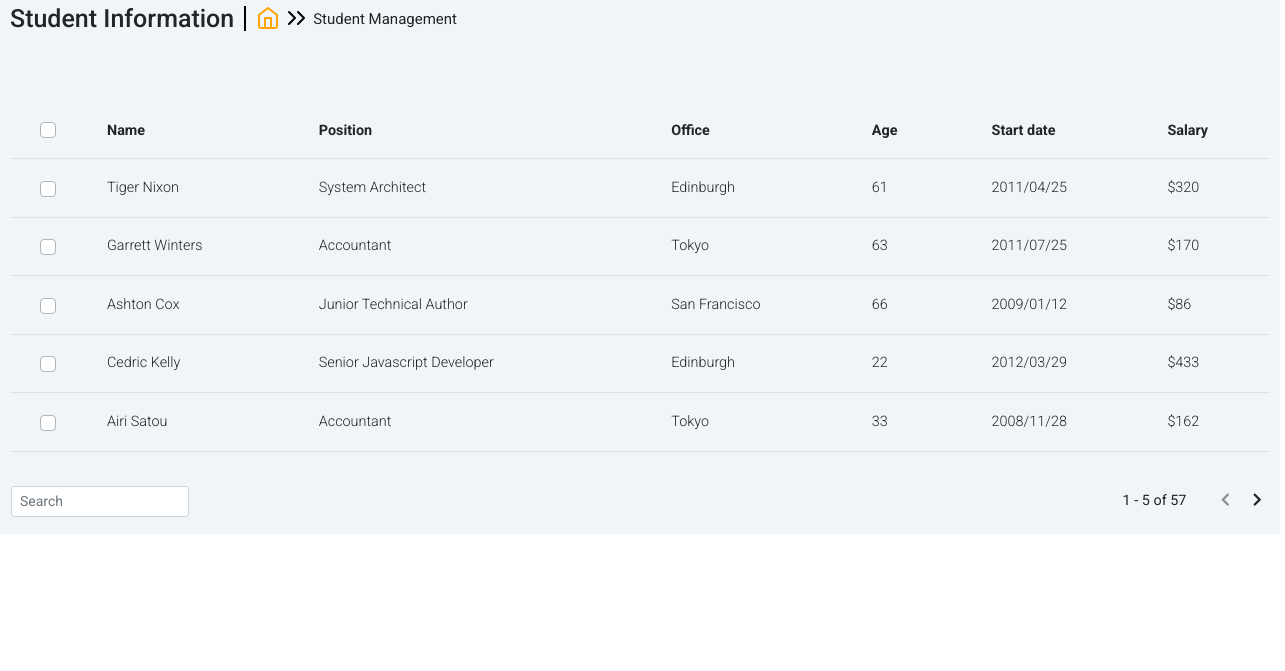
Repository: deepakrajput1998/hestabit_assignment
Page: /
An editor plug-in stored every save of this project. The page is shown before and after the next save, followed by the edit.
The browser window is 1280 px wide. The page is 1285 px wide, so the pictures cover 1285 px, including what lies to the right of the window. The pictures show the whole page.
The project was rebuilt for these pictures with package versions that can differ from the ones it lists, and the page was loaded fresh each time.

Above is the page before, as saved 2021-07-25 02:05:24.

After the next save:
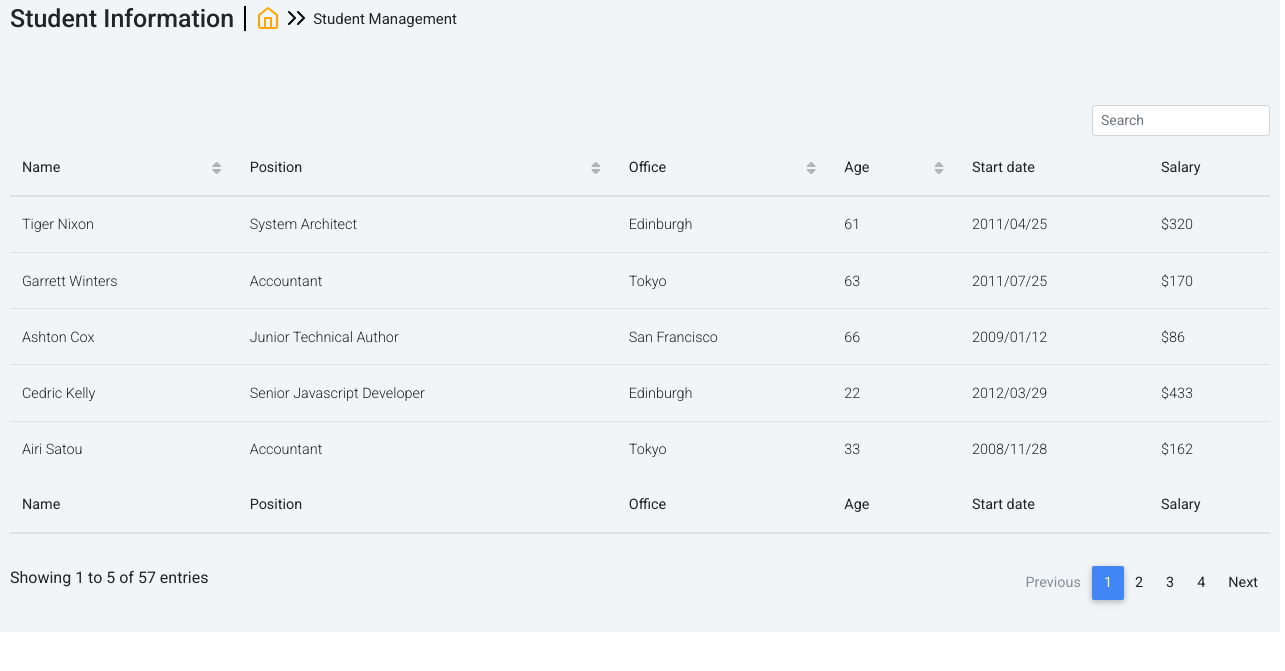
Saved 11 min 46 s later.
--- a/src/Component/Common/DataTable/DataTable.js
+++ b/src/Component/Common/DataTable/DataTable.js
@@ -1,5 +1,5 @@
 import React from "react";
-import { MDBDataTableV5 } from "mdbreact";
+import { MDBDataTable } from "mdbreact";
 
 export default function DataTable() {
   const [datatable, setDatatable] = React.useState({
@@ -509,7 +509,7 @@
 
   return (
     <>
-      <MDBDataTableV5
+      <MDBDataTable
         hover
         entriesOptions={[5, 20, 25]}
         entries={5}

After the save that followed:
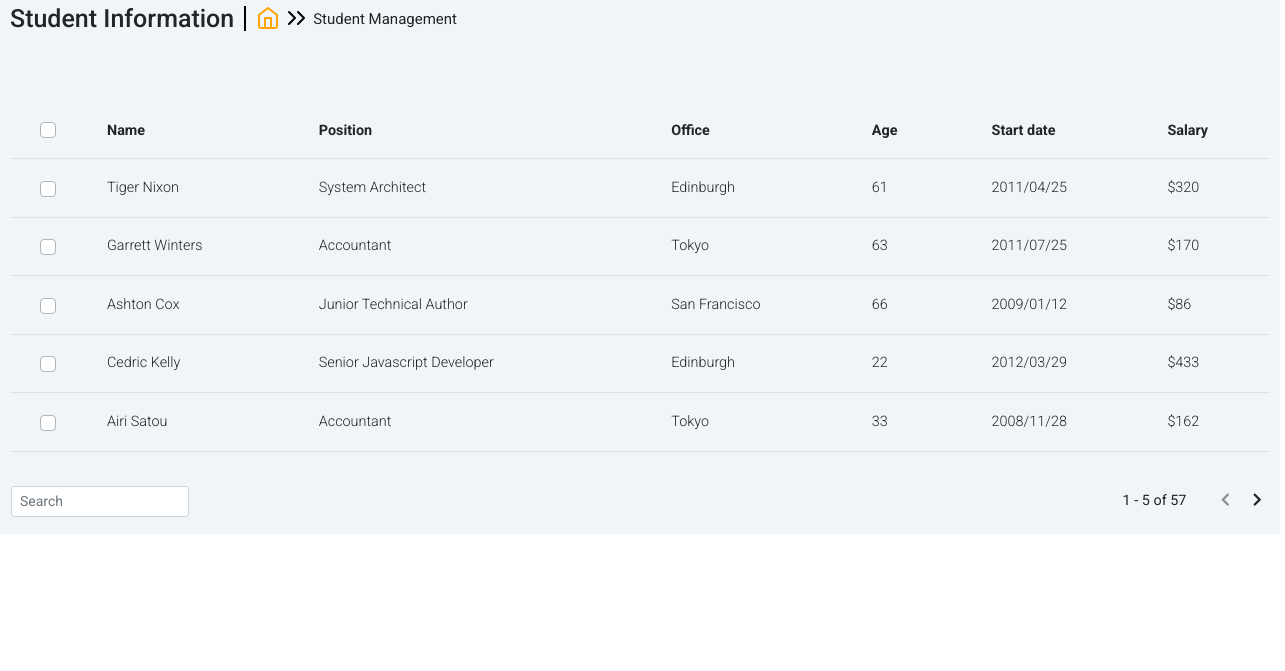
Saved 30 s later.
--- a/src/Component/Common/DataTable/DataTable.js
+++ b/src/Component/Common/DataTable/DataTable.js
@@ -1,5 +1,5 @@
 import React from "react";
-import { MDBDataTable } from "mdbreact";
+import { MDBDataTableV5 } from "mdbreact";
 
 export default function DataTable() {
   const [datatable, setDatatable] = React.useState({
@@ -509,7 +509,7 @@
 
   return (
     <>
-      <MDBDataTable
+      <MDBDataTableV5
         hover
         entriesOptions={[5, 20, 25]}
         entries={5}
